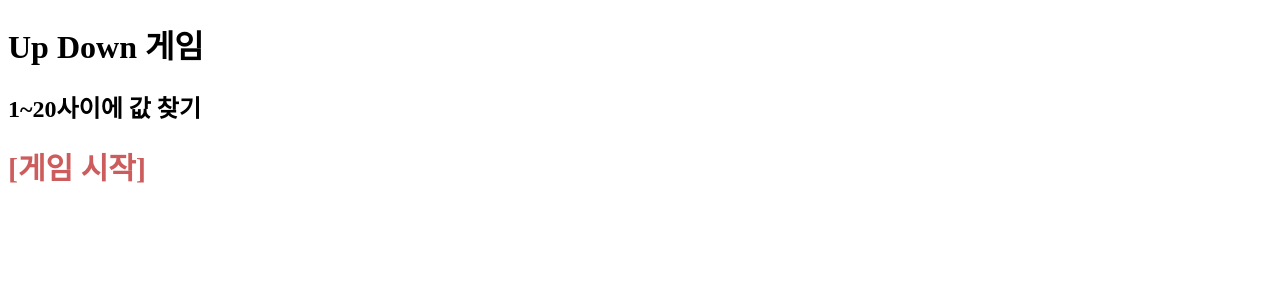
Repository: jjuhye/JSPWorkspace
Page: http://localhost/basic/02_requestUpDdown/index.jsp
These files come from the project's save history. The page is drawn as it stood at one moment and after the next save; the edit follows.
The browser window is 1280 px wide. The pictures show the whole page.
The page is served by Tomcat 9.

Above is the page before, as saved 2023-02-21 07:14:52.

After the next save:
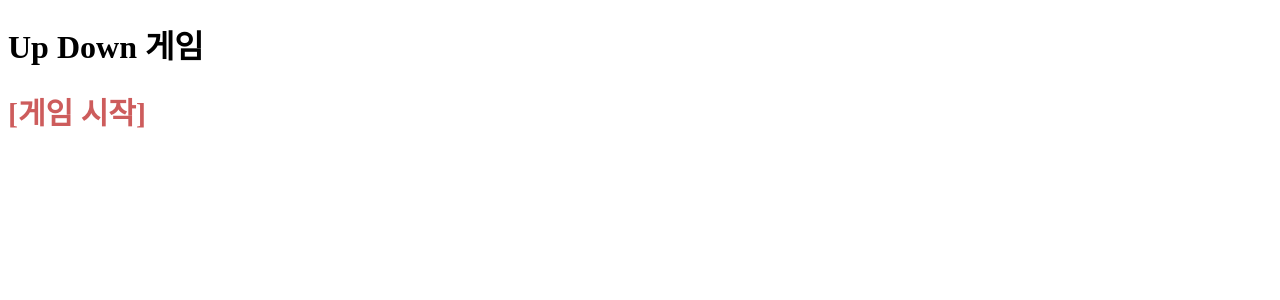
Saved 1 s later.
--- a/basic/src/main/webapp/02_requestUpDdown/index.jsp
+++ b/basic/src/main/webapp/02_requestUpDdown/index.jsp
@@ -17,7 +17,7 @@ text-decoration-line:none;
 </head>
 <body>
 <h1>Up Down 게임</h1>
-<h2>1~20사이에 값 찾기</h2>
+
 <a href="updownGamePlay.jsp">[게임 시작]</a>
 </body>
 </html>
